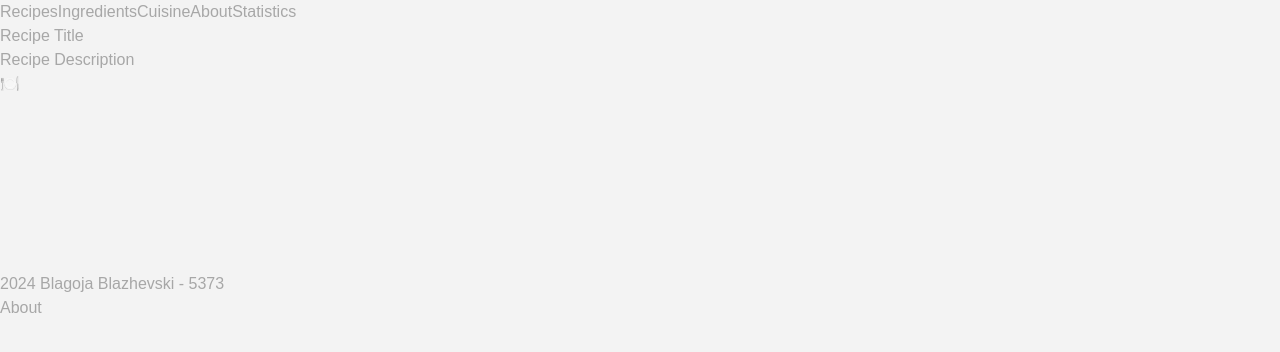
Repository: sweko/uacs-internet-programming-exams
Page: /Recipes (app in part-time/code/5373-blagoja-blazevski/final-exam-internet-programming/)
These files come from the project's save history. The page is drawn as it stood at one moment and after the next save; the edit follows.
The browser window is 1280 px wide. The pictures show the whole page.
The page's requests for data from a server got no answer. The project was rebuilt for these pictures with package versions that can differ from the ones it lists, and the page was loaded fresh each time. The framework's server and built-in components were replaced by stand-ins that run in the browser. No one was signed in, and anything a server would have sent is missing. Also part of the build but not shown: part-time/code/5373-blagoja-blazevski/final-exam-internet-programming/next.config.mjs.

Above is the page before, as saved 2024-10-01 21:00:35.

### part-time/code/5373-blagoja-blazevski/final-exam-internet-programming/app/layout.tsx
import type { Metadata } from "next";
import localFont from "next/font/local";
import "./globals.css";
import Footer from "@/components/Footer";
import Header from "@/components/Header";

export const metadata: Metadata = {
  title: "Blagoja Blazhevski - 5373",
  description: "Solution for final exam",
};

export default function RootLayout({
  children,
}: Readonly<{
  children: React.ReactNode;
}>) {
  return (
    <html lang="en">
      <body>
        <div className="flex flex-col min-h-screen bg-background text-[#1c1c20]">
          <Header />
          {children}
          <Footer />
        </div>
      </body>
    </html>
  );
}

### part-time/code/5373-blagoja-blazevski/final-exam-internet-programming/app/Recipes/page.tsx
"use client";

import {
  Card,
  CardContent,
  CardDescription,
  CardHeader,
  CardTitle,
} from "@/components/Card";
import useFetchData from "@/utils/CallAxiosMethod";
import Image from "next/image";
import { usePathname, useRouter, useSearchParams } from "next/navigation";
import { useEffect } from "react";

export default function Recipes() {
  const router = useRouter();

  const objectName = usePathname().substring(1);
  console.log(objectName);

  const res = useFetchData({ objectName, method: "GET" });

  useEffect(() => {
    if (!res.isLoading) {
      if (res.status === 200) {
        console.log(res.data);
      }
    }
  }, [res.isLoading]);

  return (
    <main className="flex-1">
      <section className="w-full py-16 lg:py-14">
        <div className="flex flex-col items-center space-y-4 text-center">
          <div className="grid gap-4 md:grid-cols-5">
            <Card>
              <CardHeader>
                <CardTitle>Recipe Title</CardTitle>
                <CardDescription>Recipe Description</CardDescription>
              </CardHeader>
              <CardContent>
                <p
                  style={{
                    width: "300px",
                    height: "200px",
                  }}
                >
                  🍽️
                </p>
              </CardContent>
            </Card>
          </div>
        </div>
      </section>
    </main>
  );
}

### part-time/code/5373-blagoja-blazevski/final-exam-internet-programming/app/globals.css
@tailwind base;
@tailwind components;
@tailwind utilities;

:root {
  --background: #f3f3f3;
  --foreground: #a7a7a7;
}

body {
  color: var(--foreground);
  background: var(--background);
  font-family: Arial, Helvetica, sans-serif;
}

@layer utilities {
  .text-balance {
    text-wrap: balance;
  }
}

### part-time/code/5373-blagoja-blazevski/final-exam-internet-programming/components/Footer.tsx
import Link from "next/link";
import React from "react";

const Footer = () => {
  const student = {
    id: 5373,
    name: "Blagoja Blazhevski",
  };
  return (
    <footer className="flex flex-col gap-2 sm:flex-row py-6 w-full shrink-0 items-center px-4 md:px-6 border-t">
      <p className="text-xs text-muted-foreground">
        {new Date().getFullYear()} {student.name} - {student.id}
      </p>
      <nav className="sm:ml-auto flex gap-4 sm:gap-6">
        <Link className="text-xs hover:underline underline-offset-4" href="#">
          About
        </Link>
      </nav>
    </footer>
  );
};

export default Footer;

### part-time/code/5373-blagoja-blazevski/final-exam-internet-programming/components/Header.tsx
import Link from "next/link";
import React from "react";

const Header = () => {
  return (
    <header className="px-4 lg:px-6 h-14 flex items-center bg-[#ff5353] text-white">
      <nav className="ml-auto flex gap-4 sm:gap-6">
        <Link
          className="text-sm font-medium hover:underline underline-offset-4"
          href="/Recipes"
        >
          Recipes
        </Link>
        <Link
          className="text-sm font-medium hover:underline underline-offset-4"
          href="#"
        >
          Ingredients
        </Link>
        <Link
          className="text-sm font-medium hover:underline underline-offset-4"
          href="#"
        >
          Cuisine
        </Link>
        <Link
          className="text-sm font-medium hover:underline underline-offset-4"
          href="#"
        >
          About
        </Link>
        <Link
          className="text-sm font-medium hover:underline underline-offset-4"
          href="#"
        >
          Statistics
        </Link>
      </nav>
    </header>
  );
};

export default Header;

### part-time/code/5373-blagoja-blazevski/final-exam-internet-programming/components/Card.tsx
import * as React from "react";

const Card = React.forwardRef<
  HTMLDivElement,
  React.HTMLAttributes<HTMLDivElement>
>(({ className, ...props }, ref) => (
  <div
    ref={ref}
    className={"rounded-xl border bg-card text-card-foreground shadow"}
    {...props}
  />
));
Card.displayName = "Card";

const CardHeader = React.forwardRef<
  HTMLDivElement,
  React.HTMLAttributes<HTMLDivElement>
>(({ className, ...props }, ref) => (
  <div ref={ref} className={"flex flex-col space-y-1.5 p-3"} {...props} />
));
CardHeader.displayName = "CardHeader";

const CardTitle = React.forwardRef<
  HTMLParagraphElement,
  React.HTMLAttributes<HTMLHeadingElement>
>(({ className, ...props }, ref) => (
  <h3
    ref={ref}
    className={"font-semibold leading-none tracking-tight"}
    {...props}
  />
));
CardTitle.displayName = "CardTitle";

const CardDescription = React.forwardRef<
  HTMLParagraphElement,
  React.HTMLAttributes<HTMLParagraphElement>
>(({ className, ...props }, ref) => (
  <p ref={ref} className={"text-sm text-muted-foreground"} {...props} />
));
CardDescription.displayName = "CardDescription";

const CardContent = React.forwardRef<
  HTMLDivElement,
  React.HTMLAttributes<HTMLDivElement>
>(({ className, ...props }, ref) => (
  <div ref={ref} className={"p-2 pt-0"} {...props} />
));
CardContent.displayName = "CardContent";

const CardFooter = React.forwardRef<
  HTMLDivElement,
  React.HTMLAttributes<HTMLDivElement>
>(({ className, ...props }, ref) => (
  <div ref={ref} className={"flex items-center p-6 pt-0"} {...props} />
));
CardFooter.displayName = "CardFooter";

export {
  Card,
  CardHeader,
  CardFooter,
  CardTitle,
  CardDescription,
  CardContent,
};

### part-time/code/5373-blagoja-blazevski/final-exam-internet-programming/utils/CallAxiosMethod.ts
import { useState, useEffect } from "react";
import axios, { AxiosError, AxiosResponse, Method } from "axios";
import { IData, IFetchOptions } from "./CommonInterfaces";

const useFetchData = ({ objectName, method, body }: IFetchOptions) => {
  const [isLoading, setIsLoading] = useState<boolean>(true);
  const [data, setData] = useState<IData[] | IData>([]);
  const [status, setStatus] = useState<number>(0);
  const [error, setError] = useState<string | null>(null);

  const url = `http://localhost:2999/${objectName}`;

  useEffect(() => {
    const fetchData = async () => {
      setIsLoading(true);
      try {
        let res: AxiosResponse;
        if (method === "GET" || method === "DELETE") {
          res = await axios({ url, method });
        } else if (method === "POST" || method === "PATCH") {
          res = await axios({ url, method, data: body });
        } else {
          throw new Error("Unsupported method");
        }
        setData(res.data);
        setStatus(res.status);
        setError(null);
      } catch (err: AxiosError | any) {
        setData([]);
        setStatus(err.response?.status || 500);
        setError(err.message);
      } finally {
        setIsLoading(false);
      }
    };

    fetchData();
  }, []);

  return { isLoading, data, status, error };
};

export default useFetchData;

After the next save:
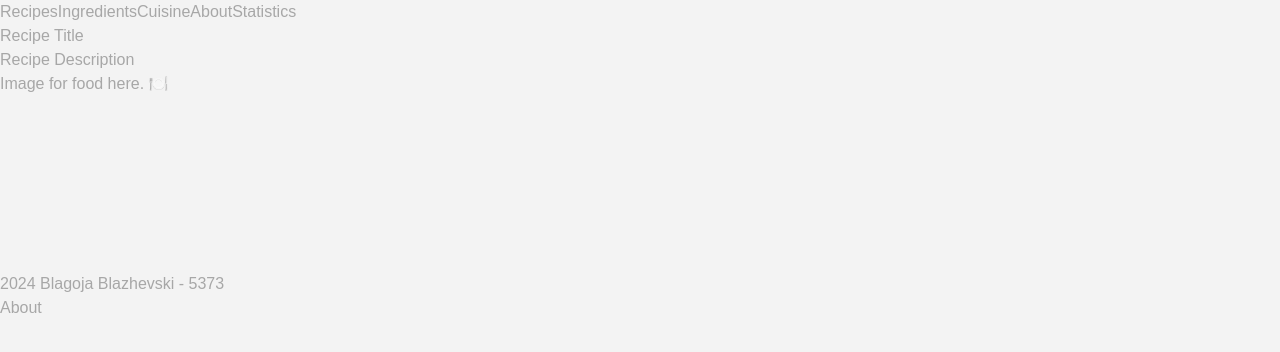
Saved 4 s later.
--- a/part-time/code/5373-blagoja-blazevski/final-exam-internet-programming/app/Recipes/page.tsx
+++ b/part-time/code/5373-blagoja-blazevski/final-exam-internet-programming/app/Recipes/page.tsx
@@ -45,7 +45,7 @@ export default function Recipes() {
                     height: "200px",
                   }}
                 >
-                  🍽️
+                  Image for food here. 🍽️
                 </p>
               </CardContent>
             </Card>
